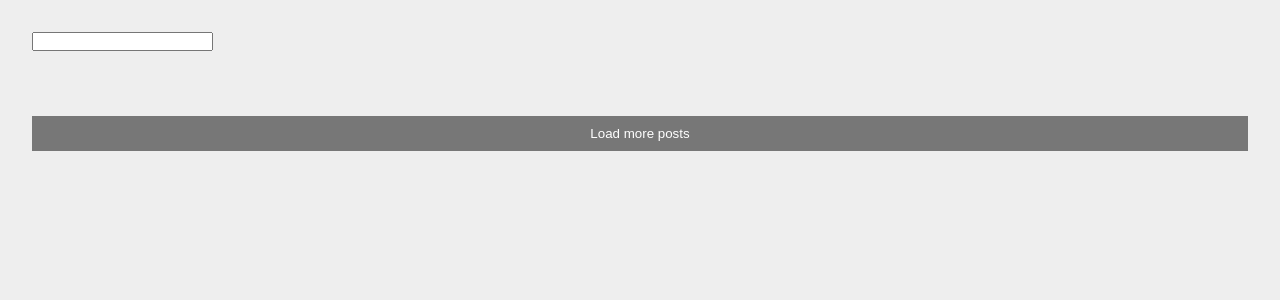
Repository: RobertoBaiochi/project-1
Page: /
The author's editor kept a copy of each file at every save. The page is drawn from the files as they stood at one save, then again after a run of saves.
The browser window is 1280 px wide. The pictures show the whole page.
The page's requests for data from a server got no answer. The project was rebuilt for these pictures with package versions that can differ from the ones it lists, and the page was loaded fresh each time. No one was signed in, and anything a server would have sent is missing. Also part of the build but not shown: src/components/PostCard/styles.css, src/components/PostCard/index.jsx.

Above is the page before, as saved 2022-11-18 01:24:29.

After the next 3 saves:
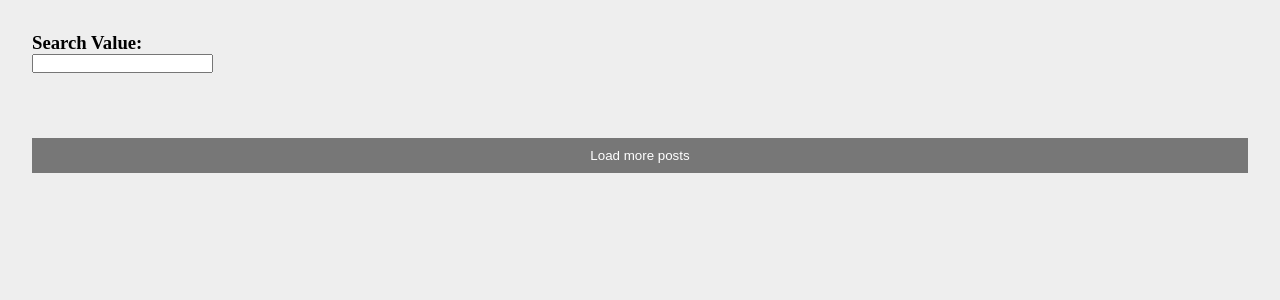
The 3 saves are shown as one change because they came seconds apart.
The last was saved 17 s later.
--- a/src/templates/Home/index.jsx
+++ b/src/templates/Home/index.jsx
@@ -55,7 +55,7 @@ class Home extends Component {
 
     return (
       <section className='container'>
-
+        <h3>Search Value: {searchValue}</h3>
         <input
           value={searchValue}
           onChange={this.handleChange}
